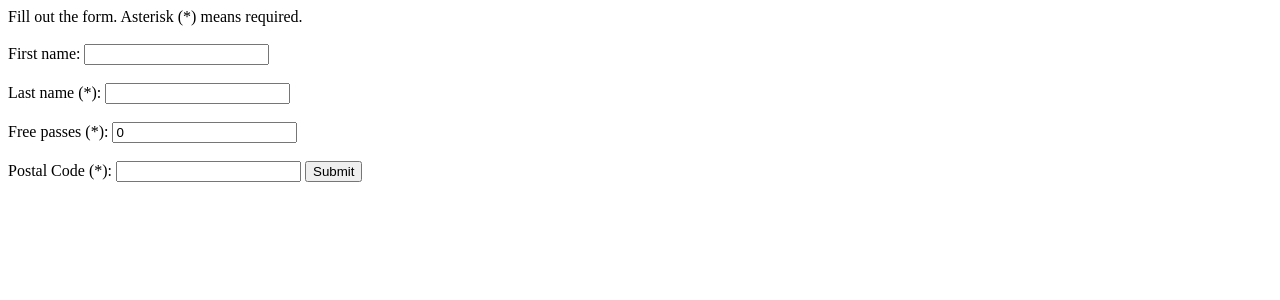
Repository: mayaugusto7/spring-hibernate-review
Page: http://localhost/spring-mvc-demo/customer/showForm
An editor plug-in stored every save of this project. The page is shown before and after the next save, followed by the edit.
The browser window is 1280 px wide. The pictures show the whole page.
The page is served by Tomcat 9. Other server files are loaded and not shown.

Above is the page before, as saved 2020-07-05 15:23:08.

### spring-mvc-demo/WebContent/WEB-INF/view/customer-form.jsp
<%@ page language="java" contentType="text/html; charset=ISO-8859-1"
    pageEncoding="ISO-8859-1"%>
<%@ taglib prefix="form" uri="http://www.springframework.org/tags/form" %>
<!DOCTYPE html>
<html>
<head>
<meta charset="ISO-8859-1">
<title>Customer Registration Form</title>

	<style>
		.error {
			color: red;
		}
	</style>
</head>
<body>

Fill out the form. Asterisk (*) means required.

<br/><br/>

<form:form action="processForm" modelAttribute="customer">

	First name: <form:input path="firstName" />

	<br/><br/>

	Last name (*): <form:input path="lastName"/>
	<form:errors path="lastName" cssClass="error" />

	<br/><br/>

	Free passes (*): <form:input path="freePasses" />
	<form:errors path="freePasses" cssClass="error" />

	<br/><br/>

	Postal Code (*): <form:input path="postalCode"/>
	<form:errors path="postalCode" cssClass="error"/>

	<input type="submit" value="Submit" />
</form:form>

</body>
</html>

After the next save:
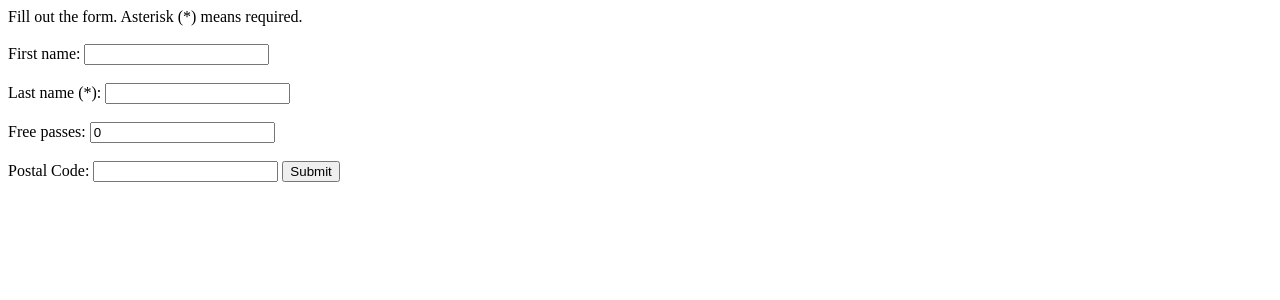
Saved 3 min 44 s later.
--- a/spring-mvc-demo/WebContent/WEB-INF/view/customer-form.jsp
+++ b/spring-mvc-demo/WebContent/WEB-INF/view/customer-form.jsp
@@ -30,12 +30,12 @@
 
 	<br/><br/>
 
-	Free passes (*): <form:input path="freePasses" />
+	Free passes: <form:input path="freePasses" />
 	<form:errors path="freePasses" cssClass="error" />
 
 	<br/><br/>
 
-	Postal Code (*): <form:input path="postalCode"/>
+	Postal Code: <form:input path="postalCode"/>
 	<form:errors path="postalCode" cssClass="error"/>
 
 	<input type="submit" value="Submit" />

After the save that followed:
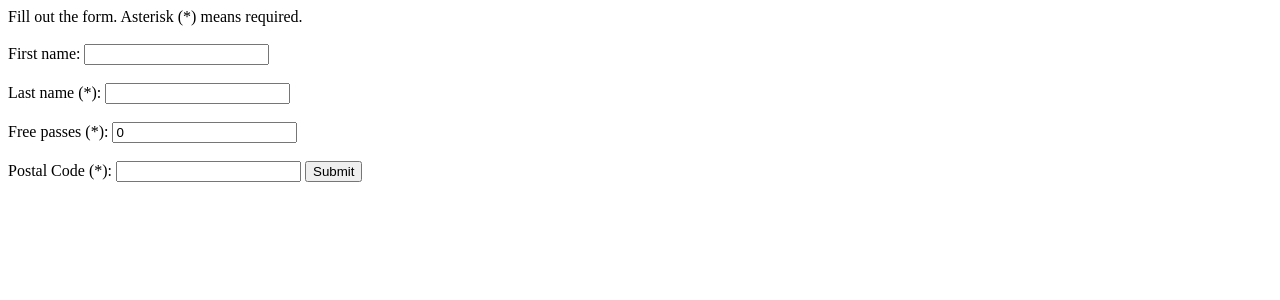
Saved 59 s later.
--- a/spring-mvc-demo/WebContent/WEB-INF/view/customer-form.jsp
+++ b/spring-mvc-demo/WebContent/WEB-INF/view/customer-form.jsp
@@ -30,12 +30,12 @@
 
 	<br/><br/>
 
-	Free passes: <form:input path="freePasses" />
+	Free passes (*): <form:input path="freePasses" />
 	<form:errors path="freePasses" cssClass="error" />
 
 	<br/><br/>
 
-	Postal Code: <form:input path="postalCode"/>
+	Postal Code (*): <form:input path="postalCode"/>
 	<form:errors path="postalCode" cssClass="error"/>
 
 	<input type="submit" value="Submit" />
